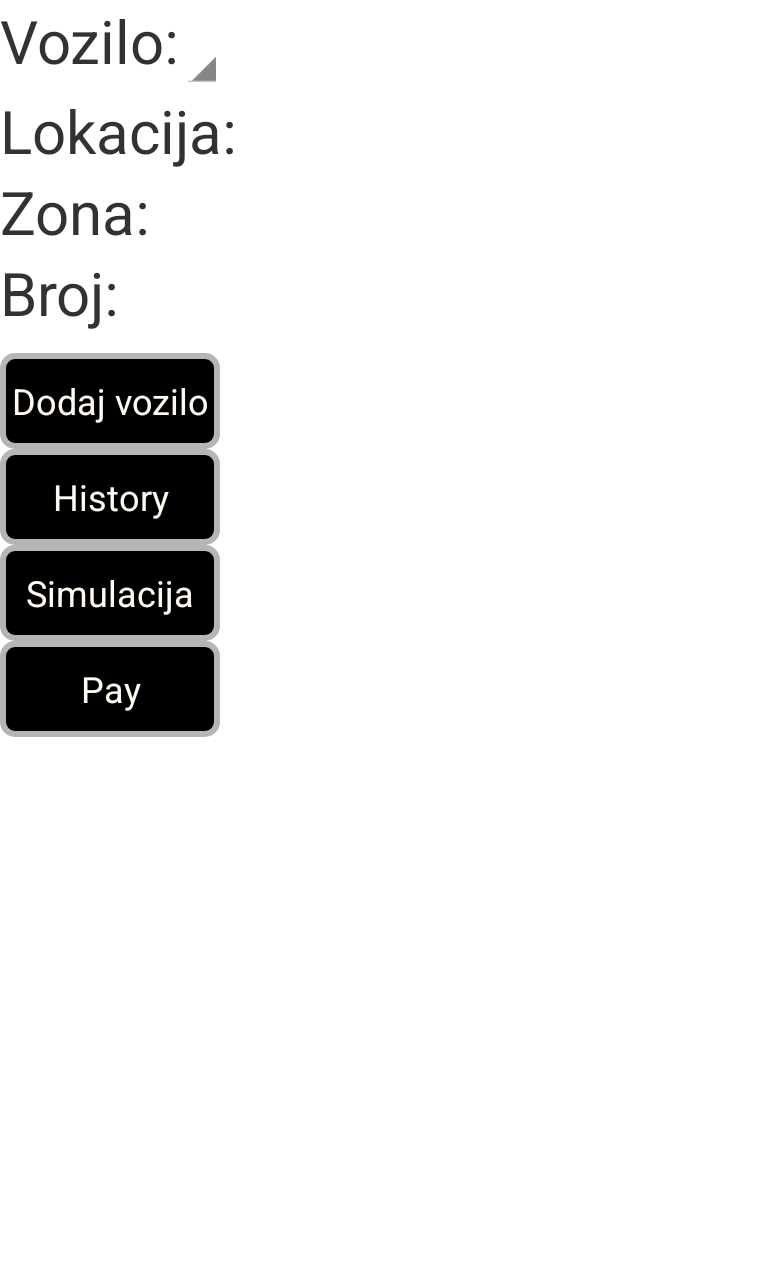
Repository: Kondorcom/GPS_parking
Layout: GPSParking/res/layout/activity_main.xml
These files come from the project's save history. The layout is drawn as it stood at one moment and after the next save; the edit follows.
It is drawn on a 768 x 1280 px phone screen (xhdpi) without system bars, with theme AppTheme; the app's code is not run. The app's manifest (not shown) leaves right-to-left support off. So textAlignment, textDirection and layoutDirection are ignored, and left and right values win over start and end ones.

Above is the layout before, as saved 2016-05-16 11:27:46.

### GPSParking/res/layout/activity_main.xml
<LinearLayout xmlns:android="http://schemas.android.com/apk/res/android"
    xmlns:tools="http://schemas.android.com/tools"
    android:layout_width="match_parent"
    android:layout_height="match_parent"
    android:layout_margin="10dp"
    android:orientation="vertical" >

    <LinearLayout
        android:layout_width="match_parent"
        android:gravity="start"
        android:layout_height="wrap_content" >

        <TextView
            android:id="@+id/textView1"
            android:layout_width="wrap_content"
            android:layout_height="wrap_content"
            android:text="Vozilo:"
            android:textSize="30sp" />

        <Spinner
            android:id="@+id/spinner1"
            android:layout_width="wrap_content"
            android:layout_height="45dp" />
    </LinearLayout>

    <LinearLayout
        android:id="@+id/LinearLayout4"
        android:layout_width="match_parent"
        android:layout_height="wrap_content" >

        <TextView
            android:id="@+id/textView2"
            android:layout_width="wrap_content"
            android:layout_height="wrap_content"
            android:text="@string/lokacija"
            android:textSize="30sp" />

        <TextView
            android:id="@+id/textView4"
            android:layout_width="wrap_content"
            android:layout_height="wrap_content"
            android:layout_marginStart="10dp"
            android:layout_weight="0.04"
            android:text=""
            android:textSize="30sp" />

    </LinearLayout>

    <LinearLayout
        android:layout_width="match_parent"
        android:layout_height="wrap_content" >

        <TextView
            android:id="@+id/textView3"
            android:layout_width="wrap_content"
            android:layout_height="wrap_content"
            android:text="@string/zona"
            android:textSize="30sp" />

        <TextView
            android:id="@+id/textView5"
            android:layout_width="wrap_content"
            android:layout_height="wrap_content"
            android:layout_marginLeft="20dp"

            android:text=""
            android:textSize="30sp" />

    </LinearLayout>

    <LinearLayout
        android:layout_width="match_parent"
        android:layout_height="wrap_content" >

        <LinearLayout
            android:layout_width="wrap_content"
            android:layout_height="match_parent" >

            <TextView
                android:id="@+id/textView6"
                android:layout_width="wrap_content"
                android:layout_height="wrap_content"
                android:text="@string/broj"
                android:textSize="30sp" />
        </LinearLayout>

        <TextView
            android:id="@+id/textView7"
            android:layout_width="wrap_content"
            android:layout_height="wrap_content"
            android:text=""
            android:textSize="30sp" />
    </LinearLayout>

    <LinearLayout
        android:layout_width="match_parent"
        android:layout_height="wrap_content"
        android:layout_marginTop="10dp"
        >

        <Button
            android:id="@+id/button5"
            android:layout_width="wrap_content"
            android:layout_height="wrap_content"
            android:text="@string/addVozilo2"
            android:onClick="gotoDodaj"
            android:textColor="#fffaf0"
             android:background="@drawable/btn_shape"
             />

    </LinearLayout>

    <LinearLayout
        android:layout_width="match_parent"
        android:layout_height="wrap_content"
        android:orientation="vertical" >

        <Button
            android:id="@+id/button2"
            android:layout_width="wrap_content"
            android:layout_height="wrap_content"
            android:onClick="gotoHistory"
            android:text="@string/history"

            android:textColor="#fffaf0"
             android:background="@drawable/btn_shape"

            />
    </LinearLayout>


    <Button
        android:id="@+id/button4"
        android:layout_width="wrap_content"
        android:layout_height="wrap_content"
        android:textColor="#fffaf0"
             android:background="@drawable/btn_shape"

        android:text="@string/update" />

    <LinearLayout
        android:layout_width="match_parent"
        android:layout_height="wrap_content"
        android:orientation="vertical" >

        <Button
            android:id="@+id/button3"
            android:layout_width="wrap_content"
            android:layout_height="wrap_content"
            android:text="@string/pay"
            android:textColor="#fffaf0"
             android:background="@drawable/btn_shape" />

    </LinearLayout>

</LinearLayout>

### GPSParking/res/values/strings.xml
<?xml version="1.0" encoding="utf-8"?>
<resources>

    <string name="app_name">GPS Parking</string>
    <string name="hello_world">Hello world!</string>
    <string name="action_settings">Settings</string>
    <string name="lokacija">Lokacija:</string>
    <string name="Plus">+</string>
    <string name="addVozilo">Ime vozila</string>
    <string name="addTablica">Registracija</string>
    <string name="addVozilo2">Dodaj vozilo</string>
    <string name="history">History</string>
    <string name="update">Simulacija</string>
    <string name="pay">Pay</string>
    <string name="zona">Zona:</string>
    <string name="broj">Broj:</string>
    <string name="title_activity_vozilo">VoziloActivity</string>
    <string name="Vehicle">Vehicle</string>
    <string name="Plate">Plate</string>
    <string name="City">City</string>
    <string name="Zone">Zone</string>
    <string name="Date">Date</string>
    <string name="Time">Time</string>
    <string name="hint_vehicle">Vehicle name</string>
    <string name="hint_registration">Registration</string>

</resources>

### GPSParking/res/drawable/btn_shape.xml
<?xml version="1.0" encoding="utf-8"?>


<selector xmlns:android="http://schemas.android.com/apk/res/android" >


 <!-- default -->
<item android:state_pressed="false" android:state_focused="false">
    <shape >
      <corners
android:radius="6dp"
/>
<solid
android:color="#000000"
/>
<padding
android:left="0dp"
android:top="0dp"
android:right="0dp"
android:bottom="0dp"
/>
<size
android:width="110dp"
android:height="30dp"

/>
<stroke
android:width="3dp"
android:color="#B5B5B5"

/>

     </shape>
</item>

<!-- button focused -->
<item android:state_pressed="false" android:state_focused="true">
    <shape >
    <corners
android:radius="6dp"
/>
<solid
android:color="#000000"
/>
<padding
android:left="0dp"
android:top="0dp"
android:right="0dp"
android:bottom="0dp"
/>
<size
android:width="110dp"
android:height="30dp"

/>
<stroke
android:width="3dp"
android:color="#B5B5B5"

/>

     </shape>
</item>
<!-- button pressed -->
<item android:state_pressed="true" android:state_focused="false">
    <shape >
     <corners
android:radius="6dp"
/>
<solid
android:color="#ff3300"
/>
<padding
android:left="0dp"
android:top="0dp"
android:right="0dp"
android:bottom="0dp"
/>
<size
android:width="110dp"
android:height="30dp"

/>
<stroke
android:width="3dp"
android:color="#B5B5B5"

/>

    </shape>
</item> </selector>

Loaded but not shown: GPSParking/res/values/styles.xml (common file); GPSParking/res/values-v11/styles.xml (common file); GPSParking/res/values-v14/styles.xml (common file)

After the next save:
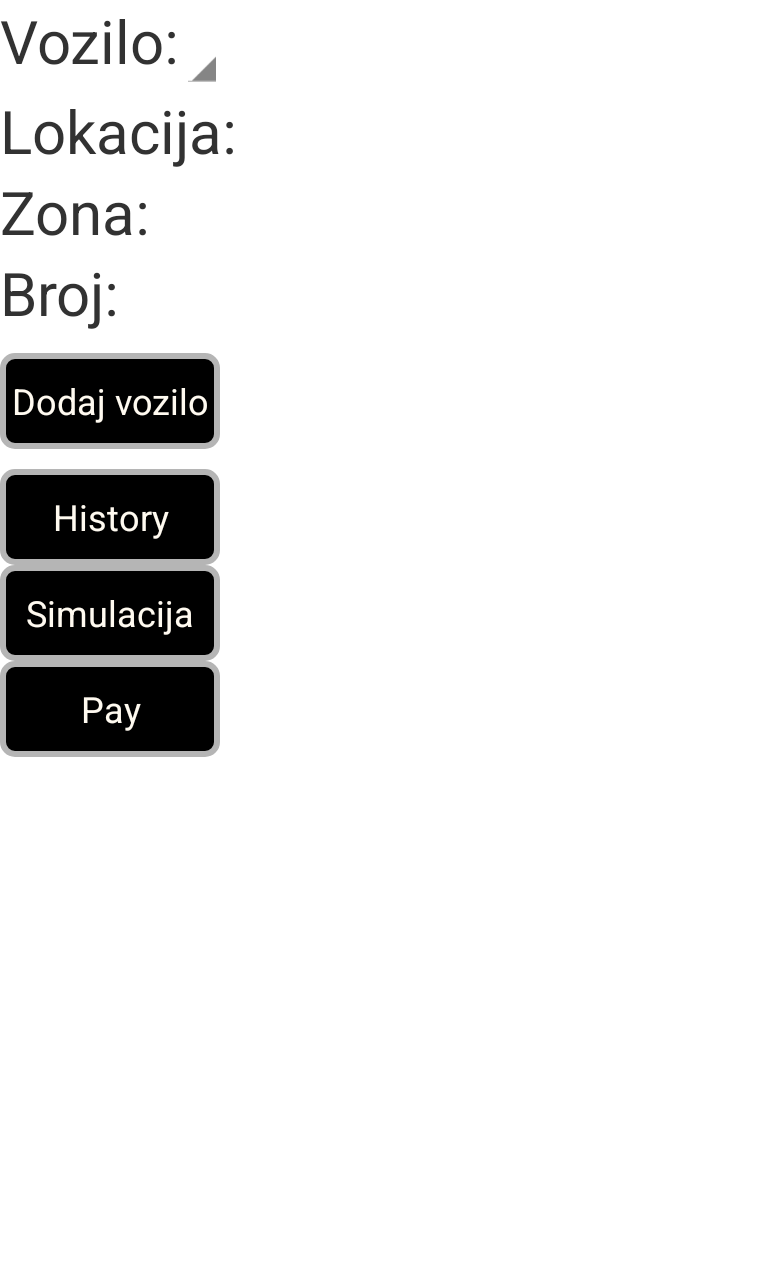
Saved 13 s later.
--- a/GPSParking/res/layout/activity_main.xml
+++ b/GPSParking/res/layout/activity_main.xml
@@ -113,6 +113,7 @@
     <LinearLayout
         android:layout_width="match_parent"
         android:layout_height="wrap_content"
+         android:layout_marginTop="10dp"
         android:orientation="vertical" >
 
         <Button
